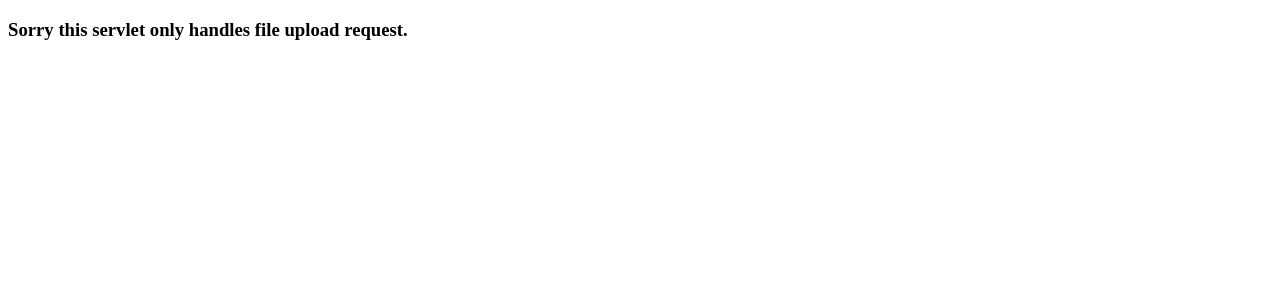
Repository: UnforgivenZZZ/bulldog
Page: http://localhost/bulldog/upload
An editor plug-in stored every save of this project. The page is shown before and after the next save, followed by the edit.
The browser window is 1280 px wide. The pictures show the whole page.
The page is served by Tomcat 9. Other server files are loaded and not shown.

Above is the page before, as saved 2017-07-18 03:23:37.

### bulldog/WebContent/result.jsp
<%@ page language="java" contentType="text/html; charset=ISO-8859-1"
    pageEncoding="ISO-8859-1"%>
<!DOCTYPE html PUBLIC "-//W3C//DTD HTML 4.01 Transitional//EN" "http://www.w3.org/TR/html4/loose.dtd">
<html>
<head>
<meta http-equiv="Content-Type" content="text/html; charset=ISO-8859-1">
<title>Result page</title>
</head>
<body>
	<div>
		<h3>${message }</h3>
	</div>
</body>
</html>

### bulldog/src/com/admin/server/upload.java
package com.admin.server;

import java.io.File;
import java.io.IOException;
import java.util.List;

import javax.servlet.ServletException;
import javax.servlet.annotation.WebServlet;
import javax.servlet.http.HttpServlet;
import javax.servlet.http.HttpServletRequest;
import javax.servlet.http.HttpServletResponse;

import org.apache.commons.fileupload.FileItem;
import org.apache.commons.fileupload.disk.DiskFileItemFactory;
import org.apache.commons.fileupload.servlet.ServletFileUpload;


/**
 * Servlet implementation class UploadServlet
 */
@WebServlet("/upload")
public class upload extends HttpServlet {
	private final String UPLOAD_DIRECTORY = "/Users/jialiangzhou/Desktop/ss1";
	private static final long serialVersionUID = 1L;

    /**
     * @see HttpServlet#HttpServlet()
     */
    public upload() {
        super();
        // TODO Auto-generated constructor stub
    }

	/**
	 * @see HttpServlet#doGet(HttpServletRequest request, HttpServletResponse response)
	 */
	protected void doGet(HttpServletRequest request, HttpServletResponse response) throws ServletException, IOException {
		// TODO Auto-generated method stub
		doPost(request, response);
	}

	/**
	 * @see HttpServlet#doPost(HttpServletRequest request, HttpServletResponse response)
	 */
	protected void doPost(HttpServletRequest request, HttpServletResponse response) throws ServletException, IOException {
		// TODO Auto-generated method stub
		// compare type

		if(ServletFileUpload.isMultipartContent(request))
		{
			try
			{
				List<FileItem> multiparts = new ServletFileUpload(new DiskFileItemFactory()).parseRequest(request);
				for(FileItem item : multiparts)
				{
					if(!item.isFormField())
					{
						String name = new File(item.getName()).getName();
						item.write(new File(UPLOAD_DIRECTORY + File.separator + name));
						System.out.println(UPLOAD_DIRECTORY + File.separator + name);

					}

				}
				request.setAttribute("message", "File uploaded successfully.");
			}
			catch(Exception ex)
			{
				request.setAttribute("message", "File upload failed due to : " + ex);
			}
		}
		else
		{
			request.setAttribute("message", "Sorry this servlet only handles file upload request.");
		}
		request.getRequestDispatcher("/result.jsp").forward(request, response);
	}

}

After the next save:
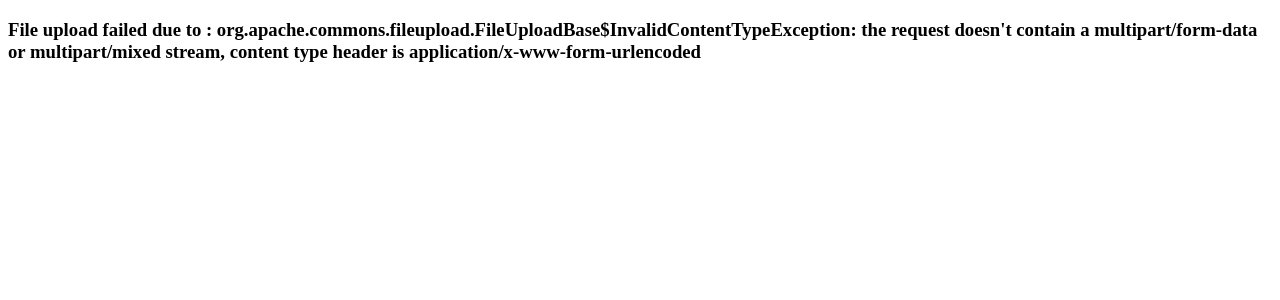
Saved 5 min 10 s later.
--- a/bulldog/src/com/admin/server/upload.java
+++ b/bulldog/src/com/admin/server/upload.java
@@ -46,8 +46,7 @@
 		// TODO Auto-generated method stub
 		// compare type
 
-		if(ServletFileUpload.isMultipartContent(request))
-		{
+
 			try
 			{
 				List<FileItem> multiparts = new ServletFileUpload(new DiskFileItemFactory()).parseRequest(request);
@@ -68,11 +67,8 @@
 			{
 				request.setAttribute("message", "File upload failed due to : " + ex);
 			}
-		}
-		else
-		{
-			request.setAttribute("message", "Sorry this servlet only handles file upload request.");
-		}
+
+
 		request.getRequestDispatcher("/result.jsp").forward(request, response);
 	}
 

After the save that followed:
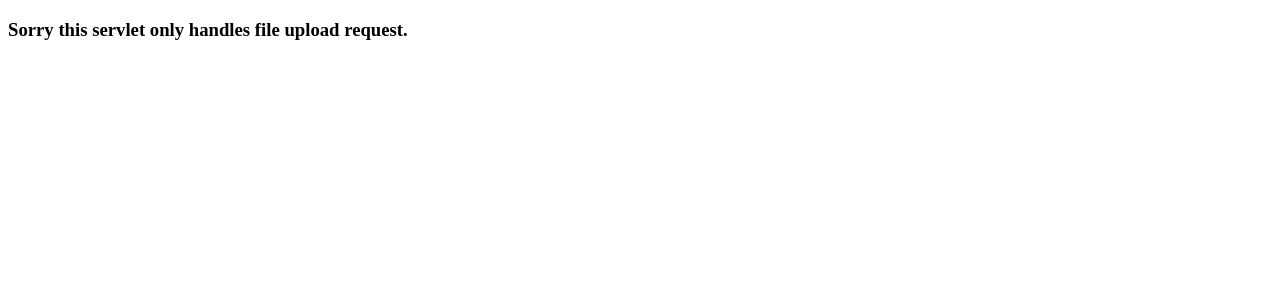
Saved 5 min 32 s later.
--- a/bulldog/src/com/admin/server/upload.java
+++ b/bulldog/src/com/admin/server/upload.java
@@ -46,7 +46,8 @@
 		// TODO Auto-generated method stub
 		// compare type
 
-
+		if(ServletFileUpload.isMultipartContent(request))
+		{
 			try
 			{
 				List<FileItem> multiparts = new ServletFileUpload(new DiskFileItemFactory()).parseRequest(request);
@@ -67,8 +68,11 @@
 			{
 				request.setAttribute("message", "File upload failed due to : " + ex);
 			}
-
-
+		}
+		else
+		{
+			request.setAttribute("message", "Sorry this servlet only handles file upload request.");
+		}
 		request.getRequestDispatcher("/result.jsp").forward(request, response);
 	}
 
